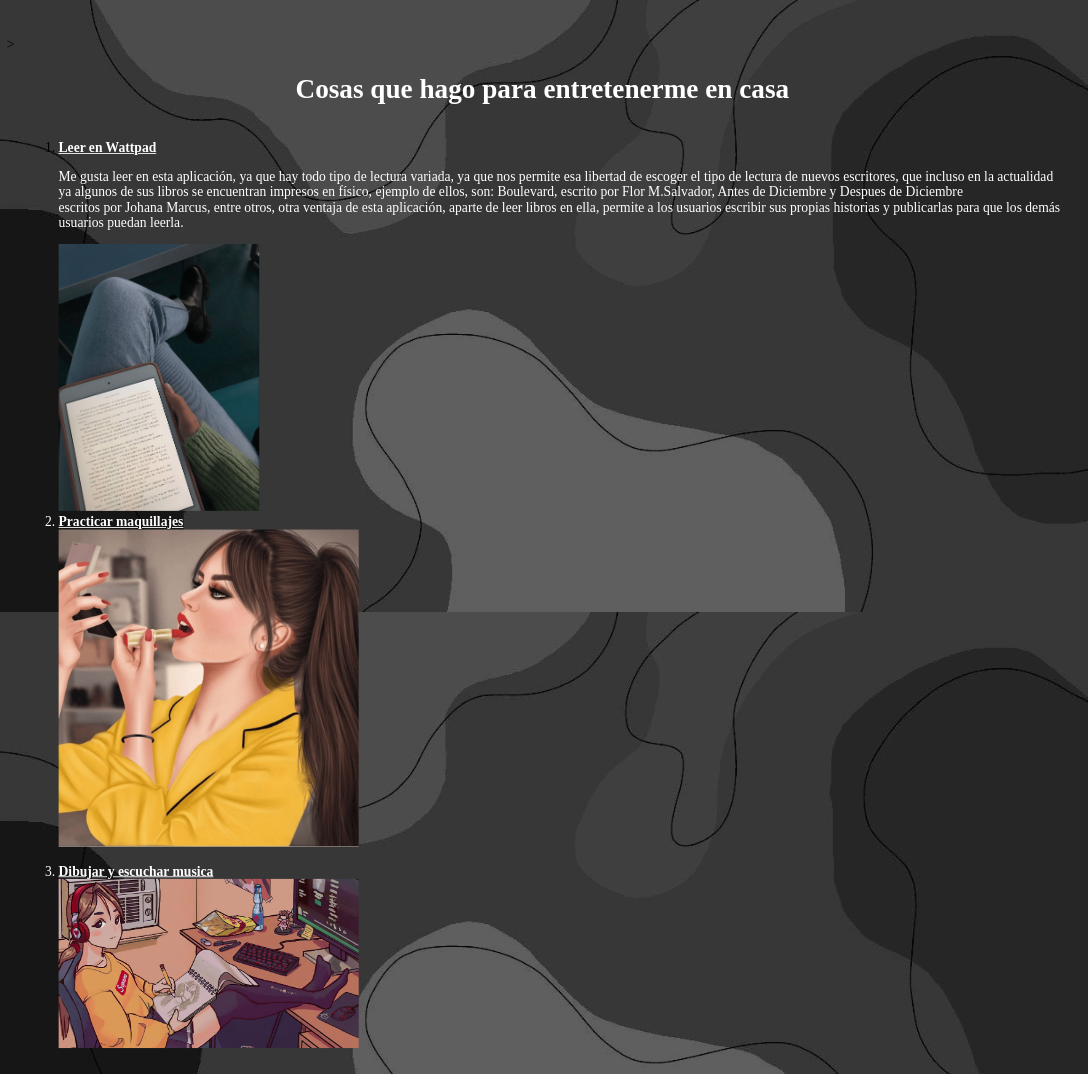
Repository: darlyn-saravia27/portafolio-darlynsaravia
Page: archivoshtml/entretenimiento.html
An editor plug-in stored every save of this project. The page is shown before and after the next save, followed by the edit.
The browser window is 1280 px wide. The pictures show the whole page, at 85% of full size.

Above is the page before, as saved 2023-03-05 04:13:34.

### archivoshtml/entretenimiento.html
<!DOCTYPE html>
<html lang="en">
<head>
    <meta charset="UTF-8">
    <meta http-equiv="X-UA-Compatible" content="IE=edge">
    <meta name="viewport" content="width=device-width, initial-scale=1.0">
    <title>Entretenimiento</title>
</head>
<body background="fondo.png">
    <table align="center">
        <tr>
            <td align="center"><h1><font color="white">Cosas que hago para entretenerme en casa
            </font></h1></td>
            <br>
            <br>
            <td></td>
        </tr>>
        <tr>
            <td>
                <ol type="1"><li><font color="white"><strong><u>Leer en Wattpad</strong></font></u></li>
                    <p><font color="white">Me gusta leer en esta aplicación, ya que hay todo tipo de lectura variada, ya que nos permite esa libertad
                    de escoger el tipo de lectura de nuevos escritores, que incluso en la actualidad <br>ya algunos de sus libros
                    se encuentran impresos en físico, ejemplo de ellos, son: Boulevard, escrito por Flor M.Salvador, Antes de Diciembre
                    y Despues de Diciembre <br>escritos por Johana Marcus, entre otros, otra ventaja de esta aplicación, aparte de leer libros
                    en ella, permite a los usuarios escribir sus propias historias y publicarlas para que los demás<br> usuarios puedan leerla.</p>
                    <img src="Book.png" width="20%" height="20%">
                <li type="1"><font color="white"><strong><u>Practicar maquillajes</strong></font></u></li>
                    <img src="art.png" width="30%" height="30%">
                    <p></p>
                <li type="1"><strong><font color="white"><u>Dibujar y escuchar musica<u></font></strong></li>
                    <img src="dibujo.png" width="30%" height="30%">
                </ol>
            </td>

</body>
</html>

After the next save:
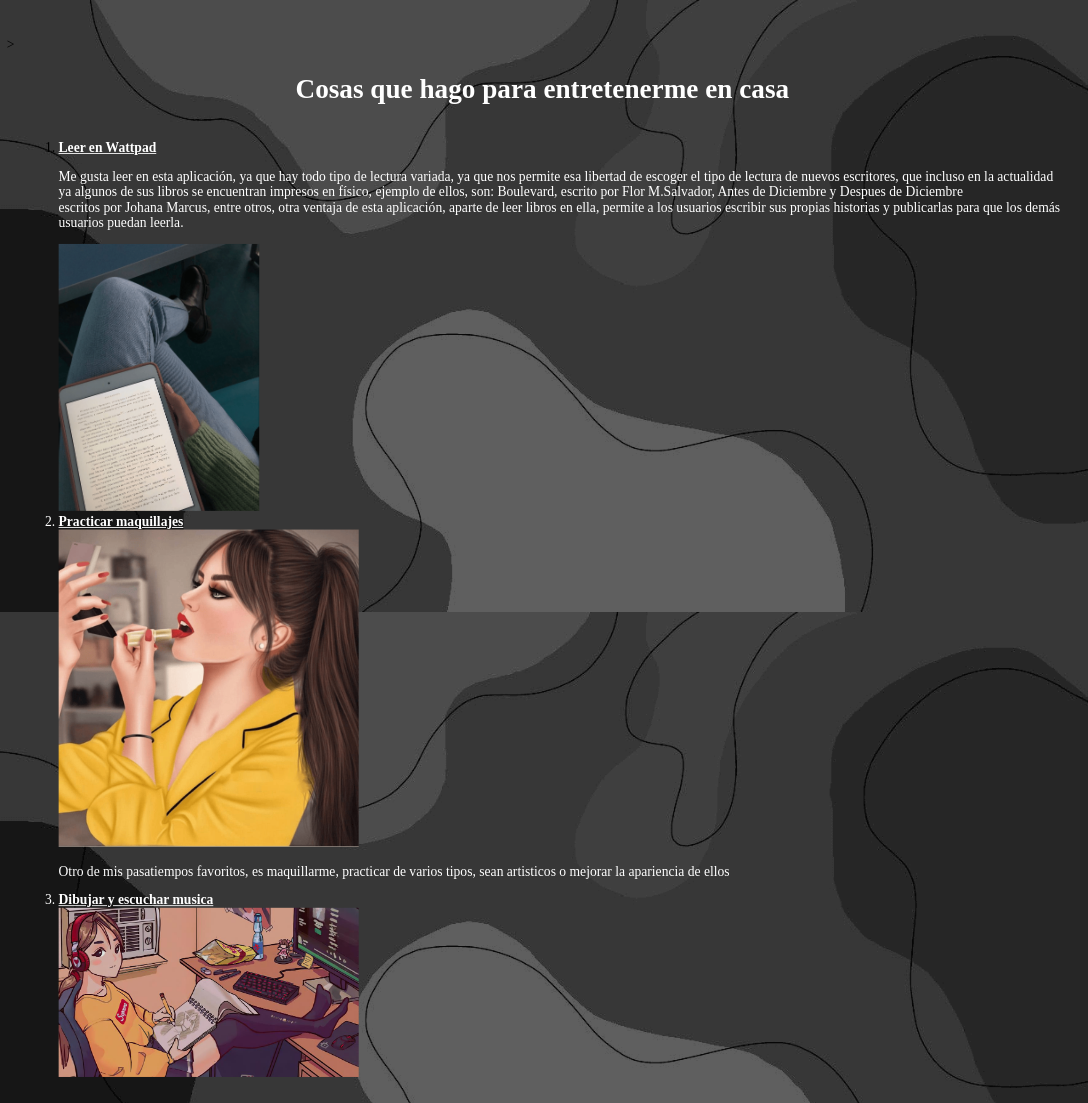
Saved 81 s later.
--- a/archivoshtml/entretenimiento.html
+++ b/archivoshtml/entretenimiento.html
@@ -26,7 +26,9 @@
                     <img src="Book.png" width="20%" height="20%">
                 <li type="1"><font color="white"><strong><u>Practicar maquillajes</strong></font></u></li>
                     <img src="art.png" width="30%" height="30%">
-                    <p></p>
+                    <p>Otro de mis pasatiempos favoritos, es maquillarme, practicar de varios tipos, sean artisticos o mejorar la apariencia
+                    de ellos
+                    </p>
                 <li type="1"><strong><font color="white"><u>Dibujar y escuchar musica<u></font></strong></li>
                     <img src="dibujo.png" width="30%" height="30%">
                 </ol>
